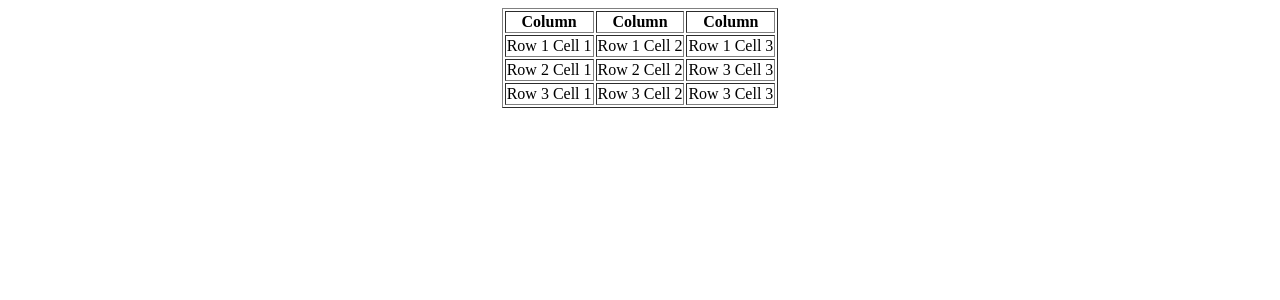
Repository: wakoya-tech/Node.js
Page: Desktop/Node-js/okey.html
The author's editor kept a copy of each file at every save. The page is drawn from the files as they stood at one save, then again after the next save.
The browser window is 1280 px wide. The pictures show the whole page.

Above is the page before, as saved 2025-11-13 11:31:47.

### Desktop/Node-js/okey.html
<!DOCTYPE html>
<html lang="en">
<head>
    <meta charset="UTF-8">
    <meta name="viewport" content="width=device-width, initial-scale=1.0">
    <title>Document</title>
</head>
<body>
    <table border="1" valign="middle" align="center"padding="2">
    <tr>
        <th>Column</th><th>Column</th><th>Column</th>
    </tr>
    <tr>
        <td>Row 1 Cell 1</td><td>Row 1 Cell 2</td><td>Row 1 Cell 3</td>
    </tr>
    <tr>
        <td>Row 2 Cell 1</td><td>Row 2 Cell 2</td><td>Row 3 Cell 3</td>
    </tr>
    <tr>
        <td>Row 3 Cell 1</td><td>Row 3 Cell 2</td><td>Row 3 Cell 3</td>
    </tr>
    </table>

</body>
</html>

After the next save:
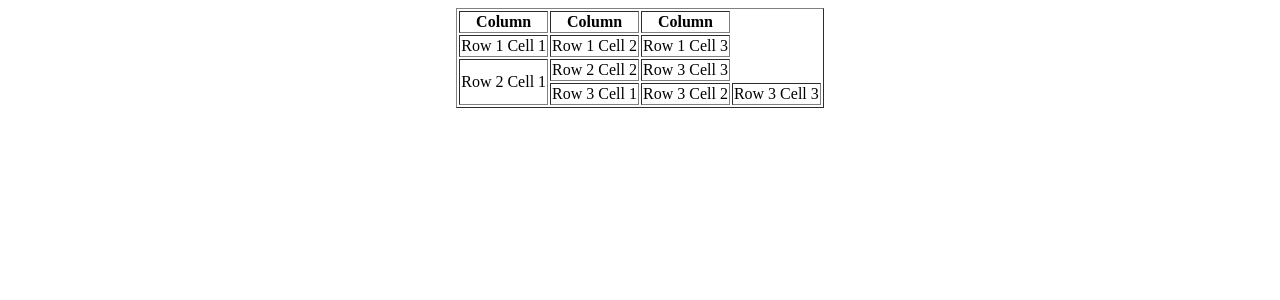
Saved 66 s later.
--- a/Desktop/Node-js/okey.html
+++ b/Desktop/Node-js/okey.html
@@ -14,7 +14,7 @@
         <td>Row 1 Cell 1</td><td>Row 1 Cell 2</td><td>Row 1 Cell 3</td>
     </tr>
     <tr>
-        <td>Row 2 Cell 1</td><td>Row 2 Cell 2</td><td>Row 3 Cell 3</td>
+        <td rowspan="2">Row 2 Cell 1</td><td>Row 2 Cell 2</td><td>Row 3 Cell 3</td>
     </tr>
     <tr>
         <td>Row 3 Cell 1</td><td>Row 3 Cell 2</td><td>Row 3 Cell 3</td>
